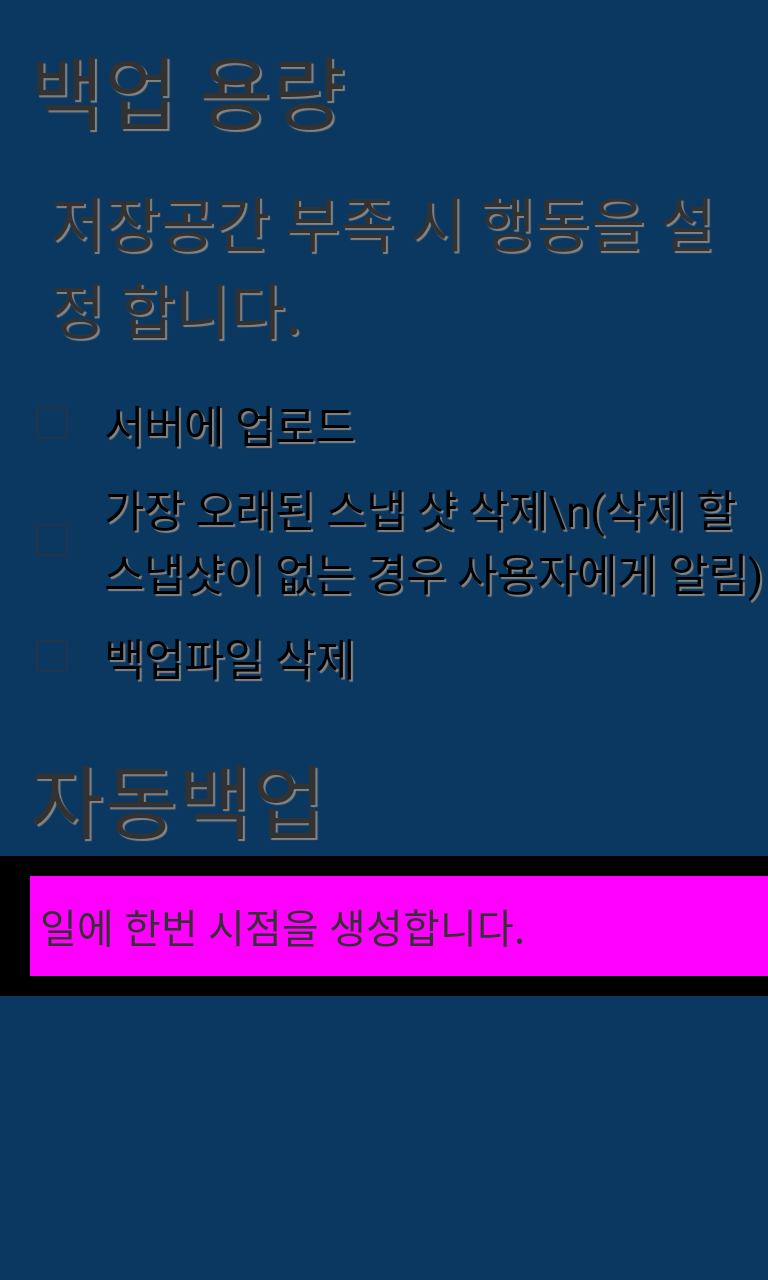
Repository: zzttt/LVM_BackupSol
Layout: TimeTraveler/res/layout/inflate_three.xml
An editor plug-in stored every save of this project. The layout is shown before and after a run of saves, followed by the edit.
It is drawn on a 768 x 1280 px phone screen (xhdpi) without system bars, with theme AppTheme; the app's code is not run.

Above is the layout before, as saved 2014-07-02 15:23:07.

### TimeTraveler/res/layout/inflate_three.xml
<?xml version="1.0" encoding="utf-8"?>
<RelativeLayout xmlns:android="http://schemas.android.com/apk/res/android"
    android:layout_width="fill_parent"
    android:layout_height="fill_parent"
    android:orientation="vertical" >

    <ScrollView
        android:id="@+id/elv_list3"
        android:layout_width="fill_parent"
        android:layout_height="fill_parent"
        android:background="#F4FA58"
        android:fillViewport="true" >

        <LinearLayout
            android:id="@+id/ll_three"
            android:layout_width="fill_parent"
            android:layout_height="fill_parent"
            android:background="#0B3861"
            android:orientation="vertical" >

            <TextView
                android:layout_width="match_parent"
                android:layout_height="wrap_content"
                android:layout_marginLeft="15dp"
                android:layout_marginTop="15dp"
                android:shadowColor="#848484"
                android:shadowDx="2"
                android:shadowDy="2"
                android:shadowRadius="0.01"
                android:text="백업 용량"
                android:textSize="40sp" />

            <TextView
                android:layout_width="match_parent"
                android:layout_height="wrap_content"
                android:layout_marginBottom="20dp"
                android:layout_marginLeft="25dp"
                android:layout_marginTop="15dp"
                android:shadowColor="#848484"
                android:shadowDx="2"
                android:shadowDy="2"
                android:shadowRadius="0.01"
                android:text="저장공간 부족 시 행동을 설정 합니다."
                android:textSize="30sp" />

            <CheckBox
                android:id="@+id/checkbox_upToSrv"
                android:layout_width="match_parent"
                android:layout_height="wrap_content"
                android:layout_marginBottom="10dp"
                android:layout_marginLeft="10dp"
                android:paddingLeft="10dp"
                android:shadowColor="#848484"
                android:shadowDx="2"
                android:shadowDy="2"
                android:shadowRadius="0.01"
                android:text="서버에 업로드"
                android:textSize="22sp" />

            <CheckBox
                android:id="@+id/checkbox_delSnapshot"
                android:layout_width="match_parent"
                android:layout_height="wrap_content"
                android:layout_marginBottom="10dp"
                android:layout_marginLeft="10dp"
                android:paddingLeft="10dp"
                android:shadowColor="#848484"
                android:shadowDx="2"
                android:shadowDy="2"
                android:shadowRadius="0.01"
                android:text="가장 오래된 스냅 샷 삭제\n(삭제 할 스냅샷이 없는 경우 사용자에게 알림)"
                android:textSize="22sp" />

            <CheckBox
                android:id="@+id/checkbox_delBackup"
                android:layout_width="match_parent"
                android:layout_height="wrap_content"
                android:layout_marginBottom="10dp"
                android:layout_marginLeft="10dp"
                android:paddingLeft="10dp"
                android:shadowColor="#848484"
                android:shadowDx="2"
                android:shadowDy="2"
                android:shadowRadius="0.01"
                android:text="백업파일 삭제"
                android:textSize="22sp" />

            <TextView
                android:layout_width="match_parent"
                android:layout_height="wrap_content"
                android:layout_marginLeft="15dp"
                android:layout_marginTop="15dp"
                android:shadowColor="#848484"
                android:shadowDx="2"
                android:shadowDy="2"
                android:shadowRadius="0.01"
                android:text="자동백업"
                android:textSize="40sp" />

            <RelativeLayout
                android:layout_width="fill_parent"
                android:layout_height="wrap_content"
                android:gravity="center"
                android:background="#000000"
                >

                <Spinner
                    android:id="@+id/dateSpinner"
                    android:layout_width="wrap_content"
                    android:layout_height="50dip"
                    android:layout_marginLeft="15dp"
                    android:layout_marginTop="20dp"
                    android:drawSelectorOnTop="true"
                    android:layout_centerVertical="true"
                    android:gravity="center_vertical"
                    android:background="#0B173B"
                     />
                <TextView
                    android:layout_width="match_parent"
                    android:layout_height="50dip"
                    android:text=" 일에 한번 시점을 생성합니다."
                    android:layout_toRightOf="@id/dateSpinner"
                    android:layout_centerVertical="true"
                    android:background="#FF00FF"
                    android:gravity="center_vertical"
                    android:textSize="20sp" />
            </RelativeLayout>
        </LinearLayout>
    </ScrollView>

</RelativeLayout>

Loaded but not shown: TimeTraveler/res/values/styles.xml (common file); TimeTraveler/res/values-v11/styles.xml (common file); TimeTraveler/res/values-v14/styles.xml (common file)

After the next 3 saves:
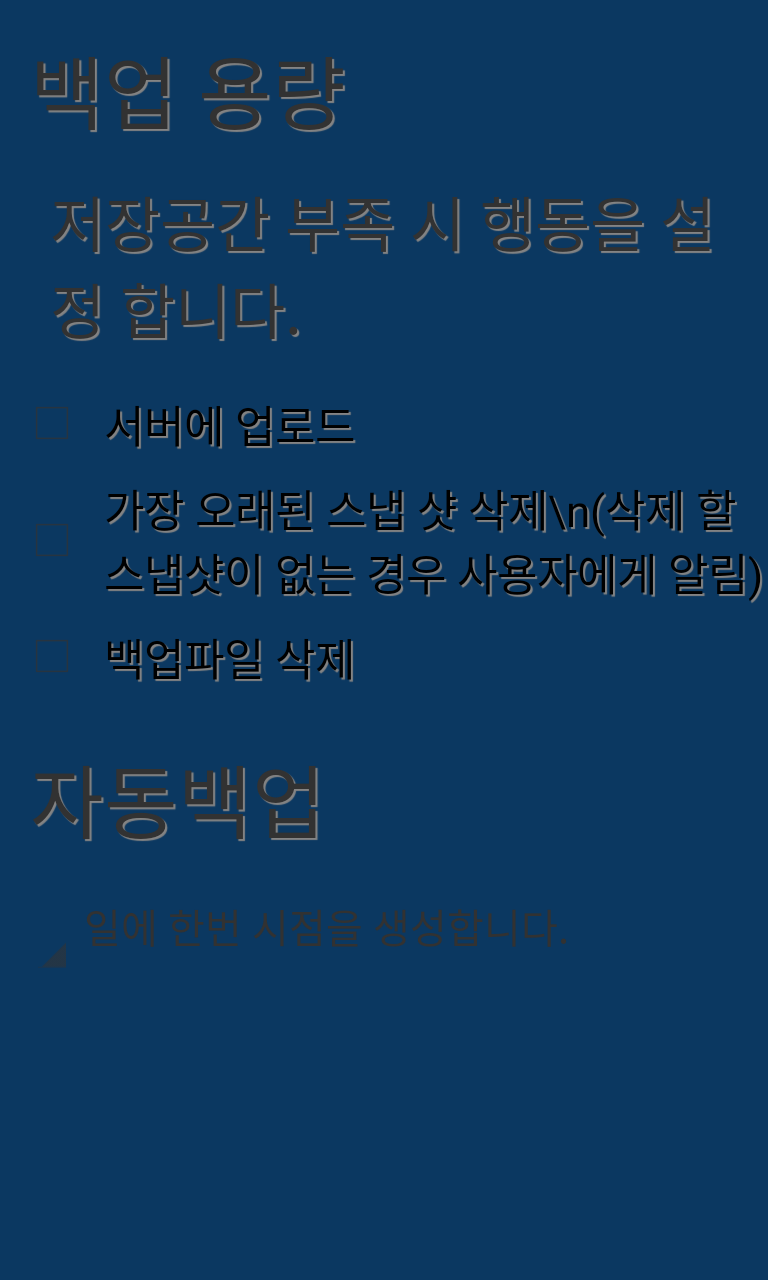
The 3 saves are shown as one change because they came seconds apart.
The last was saved 7 s later.
--- a/TimeTraveler/res/layout/inflate_three.xml
+++ b/TimeTraveler/res/layout/inflate_three.xml
@@ -101,7 +101,6 @@
                 android:layout_width="fill_parent"
                 android:layout_height="wrap_content"
                 android:gravity="center"
-                android:background="#000000"
                 >
 
                 <Spinner
@@ -113,7 +112,6 @@
                     android:drawSelectorOnTop="true"
                     android:layout_centerVertical="true"
                     android:gravity="center_vertical"
-                    android:background="#0B173B"
                      />
                 <TextView
                     android:layout_width="match_parent"
@@ -121,7 +119,6 @@
                     android:text=" 일에 한번 시점을 생성합니다."
                     android:layout_toRightOf="@id/dateSpinner"
                     android:layout_centerVertical="true"
-                    android:background="#FF00FF"
                     android:gravity="center_vertical"
                     android:textSize="20sp" />
             </RelativeLayout>
